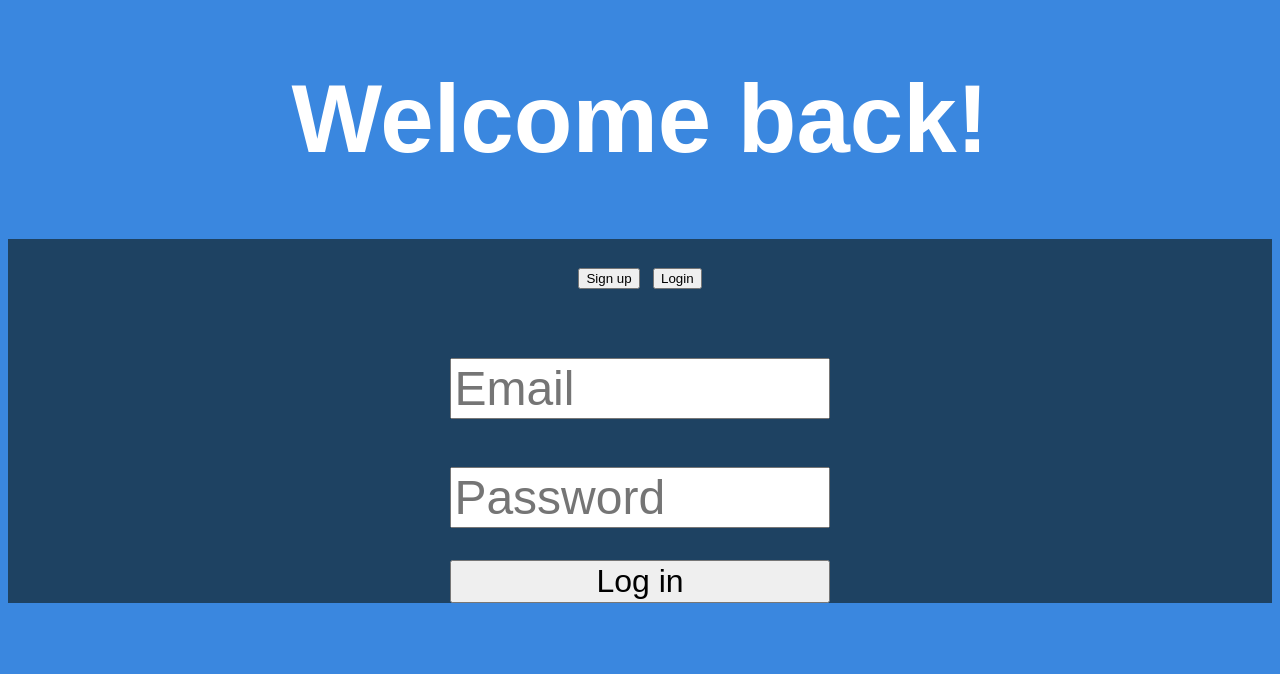
Repository: NicolasssCarlos/basic-flask-login
Page: http://localhost/
An editor plug-in stored every save of this project. The page is shown before and after the next save, followed by the edit.
The browser window is 1280 px wide. The pictures show the whole page.
The page is served by the project's application, run on Flask 3 (app.py).

Above is the page before, as saved 2025-06-11 20:32:20.

After the next save:
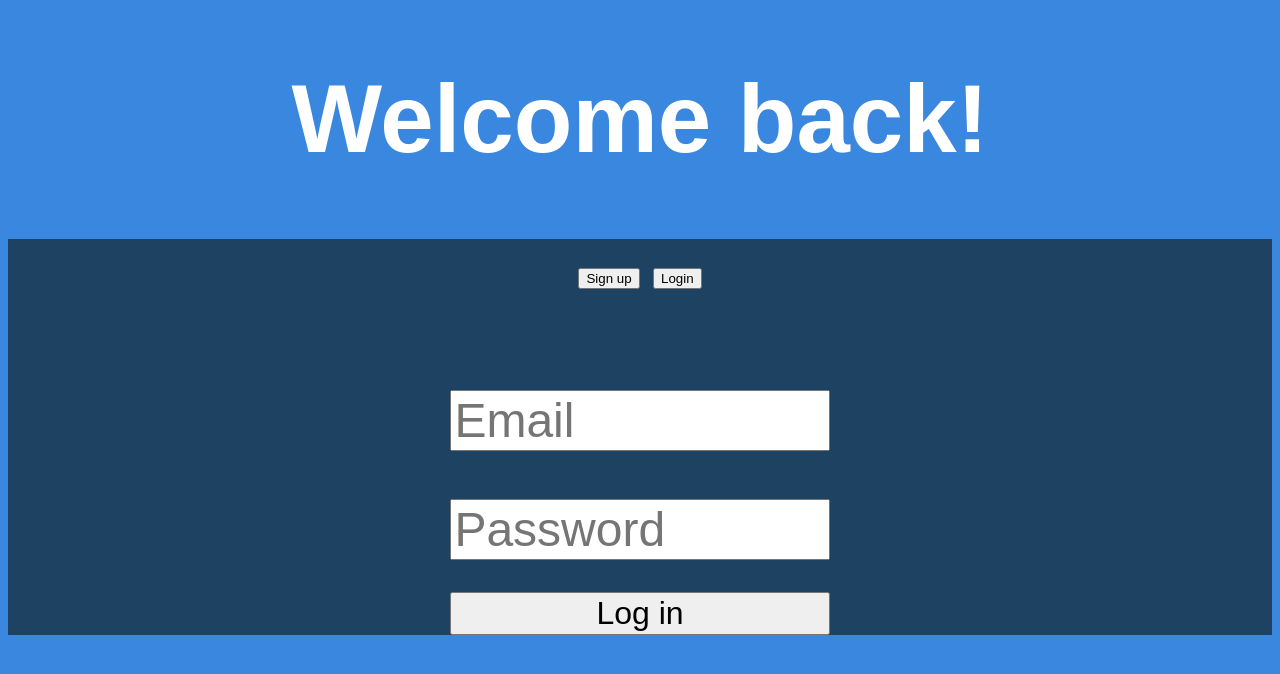
Saved 13 s later.
--- a/static/main.css
+++ b/static/main.css
@@ -76,7 +76,7 @@
     margin: 0 auto;
 
 
-    margin-top: 3rem;
+    margin-top: 5rem;
 }
 
 
